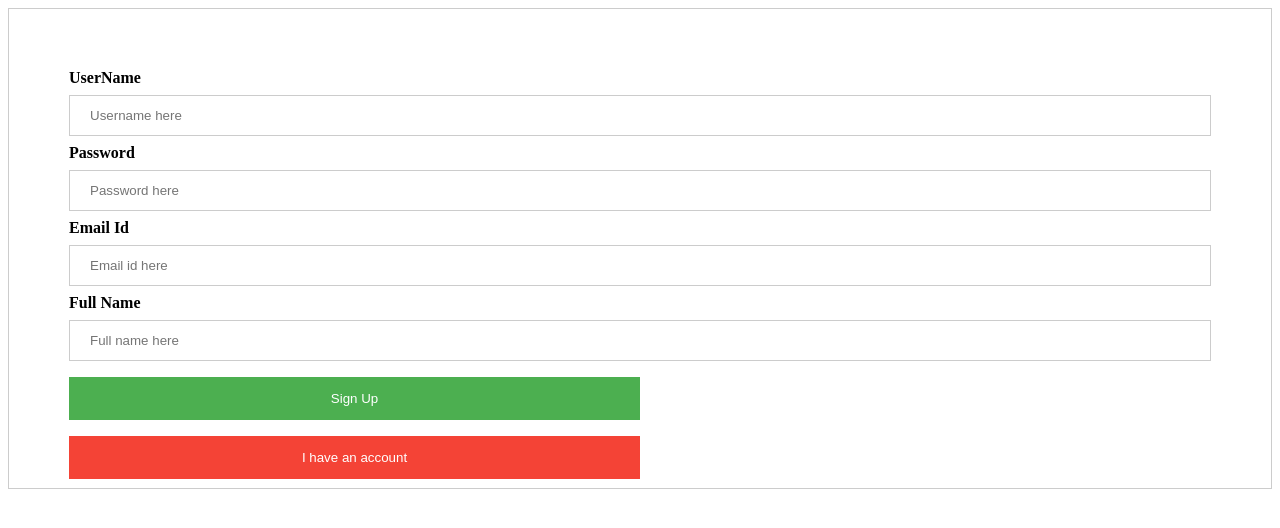
Repository: hamshini/demopro
Page: wippro/Application/WebContent/signup.html
These files come from the project's save history. The page is drawn as it stood at one moment and after the next save; the edit follows.
The browser window is 1280 px wide. The pictures show the whole page.

Above is the page before, as saved 2018-01-06 06:02:02.

After the next save:
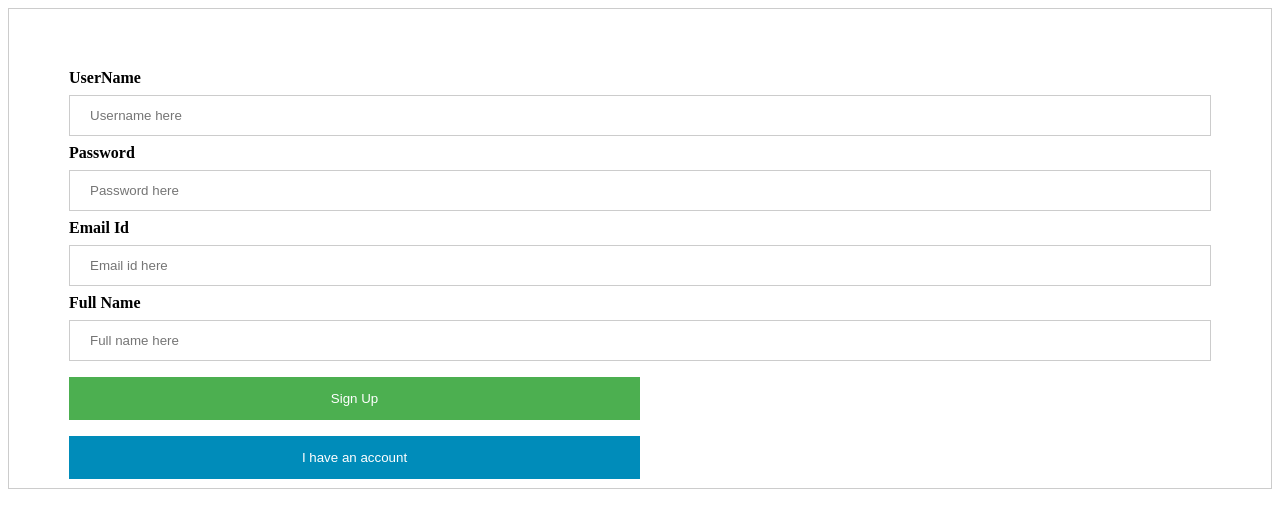
Saved 16 s later.
--- a/wippro/Application/WebContent/signup.html
+++ b/wippro/Application/WebContent/signup.html
@@ -29,7 +29,7 @@ button {
 /* Extra styles for the cancel button */
 .cancelbtn {
     padding: 14px 20px;
-    background-color: #f44336;
+    background-color:  #008CBA;
 }
 
 /* Float cancel and signup buttons and add an equal width */
